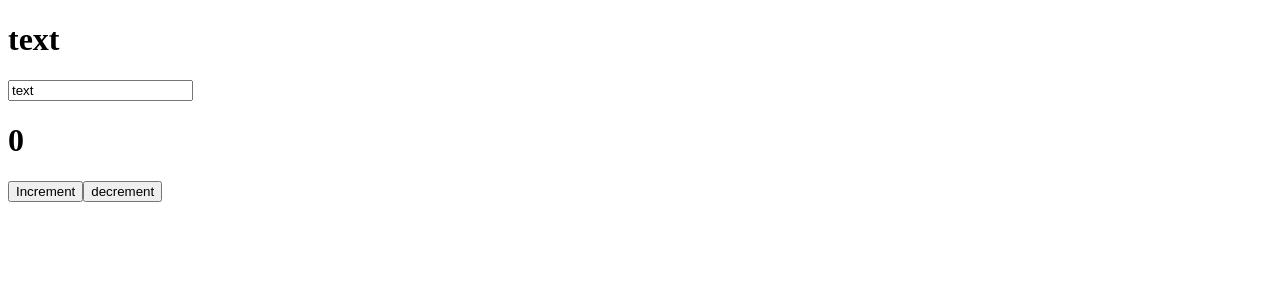
Repository: tsydikov/reactTodo
Page: /
The author's editor kept a copy of each file at every save. The page is drawn from the files as they stood at one save, then again after the next save.
The browser window is 1280 px wide. The pictures show the whole page.
The project was rebuilt for these pictures with package versions that can differ from the ones it lists, and the page was loaded fresh each time.

Above is the page before, as saved 2021-08-29 11:22:38.

### public/index.html
<!DOCTYPE html>
<html lang="en">
  <head>
    <meta name="viewport" content="width=device-width, initial-scale=1" />
    <title>React App</title>
  </head>
  <body>
    <noscript>You need to enable JavaScript to run this app.</noscript>
    <div id="root"></div>
  </body>
</html>

### src/App.js
import React, { useState } from 'react'
import Counter from './components/Counter'

function App() {
  const [value,setValue] = useState('text')
  return (
    <div className="App">
      <h1>{value}</h1>
      <input
        type="text"
        value={value}
        onChange={event =>setValue(event.target.value)}
      />
      <Counter />
    </div>
  );
}

export default App;

### src/components/Counter.jsx
import React, { useState } from "react";

const Counter = () => {
    const [count,setCount] = useState(0)
    function increment() {
        setCount(count + 1)
    }
    function decrement() {
        setCount(count - 1)
    }
    return (
        <div>
            <h1>{count}</h1>
            <button onClick={increment} >Increment</button>
            <button onClick={decrement} >decrement</button>
        </div>
    )
}

export default Counter;

### src/components/ClassCounter.jsx
import React from "react";

class ClassComponent extends React.Component {
    constructor(props) {
        super(props);
        this.state ={
            count:0
        }
    }

    increment() {
        this.setState({count:this.state.count + 1})
    }
    decrement() {
        this.setState({count:this.state.count - 1})
    }
    render() {
        return (
            <div>
                <h1>{this.count}</h1>
                <button onClick={this.increment} >Increment</button>
                <button onClick={this.decrement} >decrement</button>
            </div>
        )

    }
}

export default ClassComponent;

Loaded but not shown: src/index.js (common file)

After the next save:
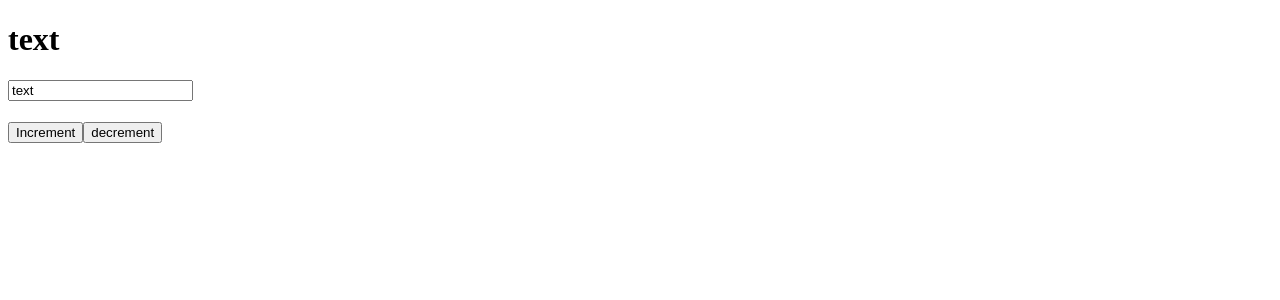
Saved 15 s later.
--- a/src/App.js
+++ b/src/App.js
@@ -1,4 +1,5 @@
 import React, { useState } from 'react'
+import ClassComponent from './components/ClassCounter'
 import Counter from './components/Counter'
 
 function App() {
@@ -11,7 +12,7 @@ function App() {
         value={value}
         onChange={event =>setValue(event.target.value)}
       />
-      <Counter />
+      <ClassComponent />
     </div>
   );
 }

After the save that followed:
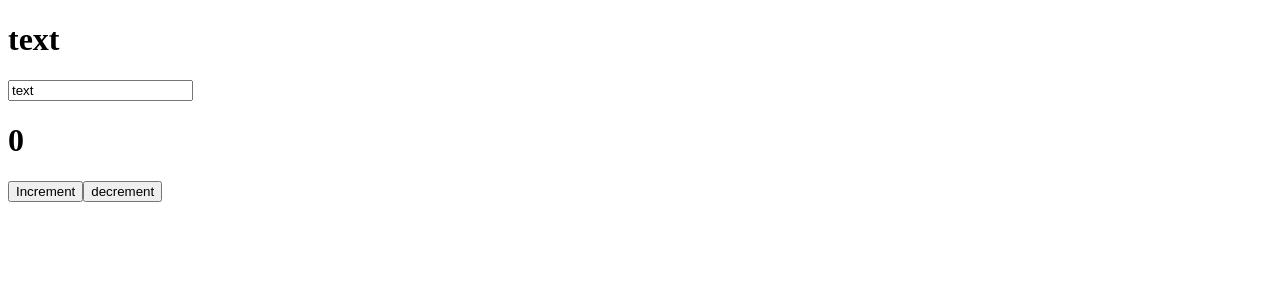
Saved 50 s later.
--- a/src/components/ClassCounter.jsx
+++ b/src/components/ClassCounter.jsx
@@ -17,7 +17,7 @@ class ClassComponent extends React.Component {
     render() {
         return (
             <div>
-                <h1>{this.count}</h1>
+                <h1>{this.state.count}</h1>
                 <button onClick={this.increment} >Increment</button>
                 <button onClick={this.decrement} >decrement</button>
             </div>
